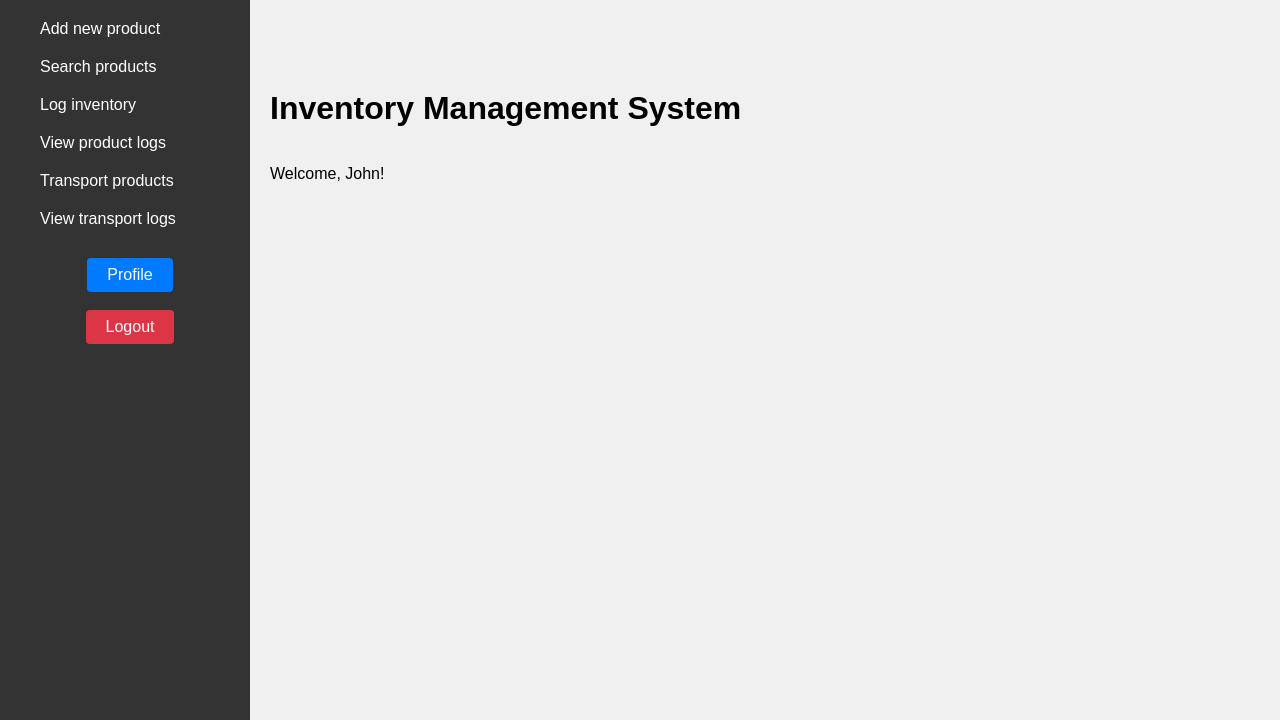
Repository: Warspinix/Flask-Web-Applications
Page: http://localhost/dashboard
The author's editor kept a copy of each file at every save. The page is drawn from the files as they stood at one save, then again after the next save.
The browser window is 1280 px wide. The pictures show the whole page.
The page is served by the project's application, run on Flask 3 (app.py). The session is filled in as if someone had signed in: {"user_id": 1, "first_name": "John"}.

Above is the page before, as saved 2024-06-13 22:13:09.

### templates/dashboard.html
<!-- dashboard.html -->

<!DOCTYPE html>
<html>

<head>
    <title>Inventory Management System</title>
    <link rel="stylesheet" type="text/css" href="{{ url_for('static', filename='style.css') }}">
</head>

<body>
    <div class="container">
        <!-- Navigation Bar -->
        <nav class="navbar" id="navbar">
            <div class="navbar-container">
                <!-- Functionality list -->
                <ul class="navbar-menu" id="menu">
                    <li><a href="{{ url_for('add_product') }}">Add new product</a></li>
                    <li><a href="{{ url_for('search_products') }}">Search products</a></li>
                    <li><a href="{{ url_for('log_inventory') }}">Log inventory</a></li>
                    <li><a href="{{ url_for('view_product_logs') }}">View product logs</a></li>
                    <li><a href="{{ url_for('transport_products') }}">Transport products</a></li>
                    <li><a href="{{ url_for('view_transport_logs') }}">View transport logs</a></li>
                </ul>

                <div class="profile-logout">
                    <a href="{{ url_for('profile') }}" class="btn btn-primary">Profile</a><br>
                    <a href="{{ url_for('logout') }}" class="btn btn-danger">Logout</a>
                </div>
            </div>
        </nav>
        <div class="content">
            <h1>Inventory Management System</h1>

            <!-- Welcome message -->
            <p>Welcome, {{ first_name }}!</p>
        </div>
    </div>
</body>

</html>

### app.py
from flask import Flask, render_template, redirect, url_for, flash, session
import flask_mysqldb
from flask_wtf import FlaskForm
from wtforms import StringField, PasswordField, SubmitField, IntegerField, SelectField
from wtforms.validators import DataRequired, NumberRange, Optional
import os
import datetime
from flask_bcrypt import Bcrypt

secret_key = os.urandom(24).hex()

app = Flask(__name__)
app.config["SECRET_KEY"] = secret_key
app.config["MYSQL_HOST"] = "localhost"
app.config["MYSQL_USER"] = "root"
app.config["MYSQL_PASSWORD"] = ""
app.config["MYSQL_DB"] = "inventory"

bcrypt = Bcrypt(app)

mysql = flask_mysqldb.MySQL(app)

class RegistrationForm(FlaskForm):
    email = StringField("Email", validators=[DataRequired()])
    first_name = StringField("First Name", validators=[DataRequired()])
    last_name = StringField("Last Name", validators=[DataRequired()])
    password = PasswordField("Password", validators=[DataRequired()])
    submit = SubmitField("Register")

class LoginForm(FlaskForm):
    user_id = StringField("User ID", validators=[DataRequired()])
    password = PasswordField("Password", validators=[DataRequired()])
    submit = SubmitField("Login")

class AddProductForm(FlaskForm):
    product_name = StringField("Product Name", validators=[DataRequired()])
    submit = SubmitField("Add Product")

class SearchForm(FlaskForm):
    search_by = StringField("Search by", validators=[DataRequired()])
    search_term = StringField("Search term", validators=[DataRequired()])
    submit = SubmitField("Search")

class AddToInventoryForm(FlaskForm):
    product_id = StringField("Product ID", validators=[DataRequired()])
    quantity_added = StringField("Quantity to add", validators=[DataRequired()])
    submit = SubmitField("Add to Inventory")

from flask_wtf import FlaskForm
from wtforms import SelectField, StringField, SubmitField
from wtforms.validators import DataRequired, Optional

class ViewProductLogsForm(FlaskForm):
    search_by = SelectField("Search by", choices=[
        ('', 'Select option'),
        ('id', 'Product ID'),
        ('month', 'Month'),
        ('both', 'Both')
    ], validators=[DataRequired()])
    product_id = StringField("Product ID", validators=[Optional()])
    month = SelectField("Select month", choices=[
        ('', 'Select month'),
        ('1', 'January'), ('2', 'February'), ('3', 'March'), ('4', 'April'),
        ('5', 'May'), ('6', 'June'), ('7', 'July'), ('8', 'August'),
        ('9', 'September'), ('10', 'October'), ('11', 'November'), ('12', 'December')
    ], validators=[Optional()])
    submit = SubmitField("View Logs")


class TransportForm(FlaskForm):
    product_id = IntegerField('Product ID', validators=[DataRequired(), NumberRange(min=1)])
    quantity_transported = IntegerField('Quantity to transport', validators=[DataRequired(), NumberRange(min=1)])
    submit = SubmitField('Transport')

class ViewTransportLogsForm(FlaskForm):
    search_by = SelectField("Search by", choices=[('', 'Select option'), ('id', 'Product ID'), ('month', 'Month'), ('both', 'Both')], validators=[DataRequired()])
    product_id = StringField("Product ID", validators=[Optional()])
    month = StringField("Select month", validators=[Optional()])
    submit = SubmitField("View Logs")


@app.route("/")
def index():
    return render_template("index.html")

@app.route("/register", methods=["GET", "POST"])
def register():
    form = RegistrationForm()
    if form.validate_on_submit():
        cur = mysql.connection.cursor()
        cur.execute("SELECT COUNT(*) FROM users")
        count = cur.fetchone()[0] + 1
        user_id = str(datetime.date.today().year) + str(count).zfill(3)
        registration_date = datetime.date.today()
        registration_time = datetime.datetime.now().time()
        hashed_password = bcrypt.generate_password_hash(form.password.data).decode('utf-8')
        cur.execute("INSERT INTO users (id, email, first_name, last_name, password, registration_date, registration_time) VALUES (%s, %s, %s, %s, %s, %s, %s)",
                    (user_id, form.email.data, form.first_name.data, form.last_name.data, hashed_password, registration_date, registration_time))
        mysql.connection.commit()
        # flash("Registration successful! You will be redirected to the home page in 3 seconds.")
        # return render_template("register_success.html")
        return redirect(url_for("index"))
    return render_template("register.html", form=form)

@app.route("/login", methods=["GET", "POST"])
def login():
    form = LoginForm()
    if form.validate_on_submit():
        cur = mysql.connection.cursor()
        print(form.user_id.data)
        print(form.password.data)
        cur.execute("SELECT password, first_name FROM users WHERE email = %s", (form.user_id.data,))
        result = cur.fetchone()
        print(result)
        if result:
            hashed_password = result[0]
            if bcrypt.check_password_hash(hashed_password, form.password.data):
                session['user_id'] = form.user_id.data
                session['first_name'] = result[1]  # Store first name in session
                return redirect(url_for("dashboard"))
            else:
                flash("Invalid user ID or password")
        else:
            flash("Invalid user ID or password")
    return render_template("login.html", form=form)

@app.route("/logout")
def logout():
    session.pop('user_id', None)
    session.pop('first_name', None)
    return redirect(url_for("index"))

@app.route("/dashboard")
def dashboard():
    if 'user_id' not in session:
        return redirect(url_for("login"))
    return render_template("dashboard.html", user_id=session['user_id'], first_name=session['first_name'])

@app.route("/profile")
def profile():
    if 'user_id' not in session:
        return redirect(url_for("login"))
    cur = mysql.connection.cursor()
    cur.execute("SELECT email, first_name, last_name, registration_date FROM users WHERE id = %s", (session['user_id'],))
    result = cur.fetchone()
    if result:
        return render_template("profile.html", email=result[0], first_name=result[1], last_name=result[2], registration_date=result[3])
    else:
        flash("User not found")
        return redirect(url_for("dashboard"))

@app.route("/add_product", methods=["GET", "POST"])
def add_product():
    if 'user_id' not in session:
        return redirect(url_for("login"))
    form = AddProductForm()
    if form.validate_on_submit():
        cur = mysql.connection.cursor()
        cur.execute("INSERT INTO products (name, quantity) VALUES (%s, %s)",
                    (form.product_name.data, 0))
        mysql.connection.commit()
        cur.execute("SELECT id FROM products ORDER BY id DESC LIMIT 1")
        product_id = cur.fetchone()[0]
        flash("Product added successfully! Product ID is " + str(product_id))
    return render_template("add_product.html", form=form, user_id=session['user_id'], first_name=session['first_name'])

@app.route("/search_products", methods=["GET", "POST"])
def search_products():
    if 'user_id' not in session:
        return redirect(url_for("login"))
    form = SearchForm()
    if form.validate_on_submit():
        cur = mysql.connection.cursor()
        if form.search_by.data == "id":
            cur.execute("SELECT * FROM products WHERE id = %s", (form.search_term.data,))
        else:
            cur.execute("SELECT * FROM products WHERE name LIKE %s", ("%" + form.search_term.data + "%",))
        products = cur.fetchall()
        return render_template("search_products.html", form=form, products=products, user_id=session['user_id'], first_name=session['first_name'])
    return render_template("search_products.html", form=form, user_id=session['user_id'], first_name=session['first_name'])

@app.route("/log_inventory", methods=["GET", "POST"])
def log_inventory():
    if 'user_id' not in session:
        return redirect(url_for("login"))
    form = AddToInventoryForm()
    if form.validate_on_submit():
        cur = mysql.connection.cursor()
        cur.execute("SELECT quantity FROM products WHERE id = %s", (form.product_id.data,))
        result = cur.fetchone()
        if result:
            new_quantity = result[0] + int(form.quantity_added.data)
            cur.execute("UPDATE products SET quantity = %s WHERE id = %s", (new_quantity, form.product_id.data))
            mysql.connection.commit()
            cur.execute("INSERT INTO products_log (product_id, quantity_added, log_date, log_time, user_id) VALUES (%s, %s, %s, %s, %s)",
                        (form.product_id.data, form.quantity_added.data, datetime.date.today(), datetime.datetime.now().time(), session['user_id']))
            mysql.connection.commit()
            flash("Inventory updated successfully!")
        else:
            flash("Product not found")
    return render_template("log_inventory.html", form=form, user_id=session['user_id'], first_name=session['first_name'])

@app.route("/view_product_logs", methods=["GET", "POST"])
def view_product_logs():
    if 'user_id' not in session:
        return redirect(url_for("login"))

    form = ViewProductLogsForm()
    product_logs = None

    if form.validate_on_submit():
        search_by = form.search_by.data
        product_id = form.product_id.data
        month = form.month.data

        query = """SELECT pl.product_id, p.name, pl.quantity_added, pl.log_date, pl.log_time,
                          CONCAT(u.first_name, ' ', u.last_name) AS full_name
                   FROM products_log pl
                   JOIN products p ON pl.product_id = p.id
                   JOIN users u ON pl.user_id = u.id"""
        conditions = []
        params = []

        if search_by == 'id':
            conditions.append("pl.product_id = %s")
            params.append(product_id)
        elif search_by == 'month':
            conditions.append("MONTH(pl.log_date) = %s")
            params.append(month)
        elif search_by == 'both':
            conditions.append("pl.product_id = %s AND MONTH(pl.log_date) = %s")
            params.append(product_id)
            params.append(month)

        if conditions:
            query += " WHERE " + " AND ".join(conditions)

        cur = mysql.connection.cursor()
        cur.execute(query, tuple(params))
        product_logs = cur.fetchall()

    return render_template("view_product_logs.html", form=form, product_logs=product_logs, user_id=session['user_id'], first_name=session['first_name'])

@app.route("/transport_products", methods=["GET", "POST"])
def transport_products():
    if 'user_id' not in session:
        return redirect(url_for("login"))
    form = TransportForm()
    if form.validate_on_submit():
        cur = mysql.connection.cursor()
        cur.execute("SELECT quantity FROM products WHERE id = %s", (form.product_id.data,))
        result = cur.fetchone()
        if result:
            current_quantity = result[0]
            if current_quantity >= form.quantity_transported.data:
                new_quantity = current_quantity - form.quantity_transported.data
                cur.execute("UPDATE products SET quantity = %s WHERE id = %s", (new_quantity, form.product_id.data))
                mysql.connection.commit()
                cur.execute("INSERT INTO transports_log (product_id, user_id, quantity_transported, log_date, log_time) VALUES (%s, %s, %s, %s, %s)",
                            (form.product_id.data, session['user_id'], form.quantity_transported.data, datetime.date.today(), datetime.datetime.now().time()))
                mysql.connection.commit()
                flash("Product transported successfully!")
            else:
                flash("Not enough quantity in stock")
        else:
            flash("Product not found")
    return render_template("transport_products.html", form=form, user_id=session['user_id'], first_name=session['first_name'])

@app.route("/view_transport_logs", methods=["GET", "POST"])
def view_transport_logs():
    if 'user_id' not in session:
        return redirect(url_for("login"))
    form = ViewTransportLogsForm()
    transport_logs = None
    if form.validate_on_submit():
        search_by = form.search_by.data
        product_id = form.product_id.data
        month = form.month.data

        query = """SELECT tl.id, tl.product_id, p.name, tl.quantity_transported, tl.log_date, tl.log_time,
                          CONCAT(u.first_name, ' ', u.last_name) AS full_name
                   FROM transports_log tl
                   JOIN products p ON tl.product_id = p.id
                   JOIN users u ON tl.user_id = u.id"""
        params = []

        if search_by == 'id':
            query += " WHERE tl.product_id = %s"
            params.append(product_id)
        elif search_by == 'month':
            query += " WHERE MONTH(tl.log_date) = %s"
            params.append(month)
        elif search_by == 'both':
            query += " WHERE tl.product_id = %s AND MONTH(tl.log_date) = %s"
            params.append(product_id)
            params.append(month)

        cur = mysql.connection.cursor()
        cur.execute(query, tuple(params))
        transport_logs = cur.fetchall()

    return render_template("view_transport_logs.html", form=form, transport_logs=transport_logs, user_id=session['user_id'], first_name=session['first_name'])

if __name__ == "__main__":
    app.run(debug=True)

### static/style.css
/* Reset default styles */
* {
    margin: 0;
    padding: 0;
    box-sizing: border-box;
}

body {
    font-family: Arial, sans-serif;
    background-color: #f0f0f0;
    display: flex;
    flex-direction: column;
    min-height: 100vh;
}

h1 {
    padding-bottom: 1.2em;
}

/* Navigation Bar styles */
.navbar {
    background-color: #333;
    color: #fff;
    padding: 10px 20px;
    position: fixed;
    width: 250px; /* Set the width */
    height: 100%;
    top: 0;
    left: 0;
    z-index: 1000;
    transition: all 0.3s ease;
}

.navbar-container {
    display: flex;
    flex-direction: column;
    height: 100%;
}

.navbar-header {
    display: flex;
    align-items: center;
    justify-content: space-between; /* Adjust spacing */
    margin-bottom: 20px; /* Adjust spacing */
}

.navbar-brand {
    color: #fff;
    text-decoration: none;
    font-size: 1.5rem;
    margin-left: 10px;
}

.navbar-menu {
    list-style-type: none;
    display: flex;
    flex-direction: column;
    margin-top: 0; /* Push menu items to the bottom */
}

.navbar-menu li {
    margin-right: 0; /* Remove margin */
}

.navbar-menu li a {
    color: #fff;
    text-decoration: none;
}

.navbar-menu li {
    padding: 10px 20px;
    transition: color 0.3s ease;
}

.navbar-menu li:hover {
    background-color: #007bff;
}

/* Profile and logout buttons */
.profile-logout {
    display: flex;
    flex-direction: column;
    align-items: center;
    height: 20svh;
    margin-top: auto; /* Push to the bottom */
    margin-bottom: 20px; /* Adjust spacing */
}

.profile-logout a {
    color: #fff;
    text-decoration: none;
    padding: 8px 20px;
    border-radius: 4px;
    transition: background-color 0.3s ease;
}

.profile-logout a.btn-primary {
    background-color: #007bff;
}

.profile-logout a.btn-danger {
    background-color: #dc3545;
}

.profile-logout a.btn:hover {
    background-color: #0056b3;
}

/* Menu toggle button */
.menu-toggle {
    background: none;
    border: none;
    cursor: pointer;
    display: none;
    padding: 5px;
    position: absolute;
    top: 10px;
    right: 10px;
    z-index: 1500;
}

.menu-toggle span {
    background-color: #fff;
    display: block;
    height: 2px;
    margin-bottom: 4px;
    transition: transform 0.2s ease, background-color 0.2s ease;
    width: 20px;
}

.menu-toggle span:nth-child(1) {
    transform: translateY(6px) rotate(45deg);
}

.menu-toggle span:nth-child(2) {
    opacity: 0;
}

.menu-toggle span:nth-child(3) {
    transform: translateY(-6px) rotate(-45deg);
}

@media screen and (max-width: 768px) {
    .navbar {
        width: 250px;
        transform: translateX(-100%);
        transition: transform 0.3s ease;
    }

    .navbar.active {
        transform: translateX(0);
    }

    .navbar-container {
        flex-direction: row;
    }

    .navbar-header {
        margin-bottom: 20px; /* Adjust spacing */
        width: 100%;
        display: flex;
        justify-content: space-between;
    }

    .navbar-brand {
        margin-bottom: 0; /* Adjust spacing */
    }

    .navbar-menu {
        flex-direction: column;
        margin-top: 0;
        width: 100%;
    }

    .navbar-menu.active {
        flex-direction: column;
    }

    .menu-toggle {
        display: block;
    }

    .profile-logout {
        flex-direction: row;
        justify-content: space-between;
    }

    .profile-logout a {
        margin-left: 10px;
        margin-bottom: 0;
    }
}

/* Side Navigation for small screens */
.side-nav {
    position: fixed;
    top: 0;
    left: -250px;
    width: 250px;
    height: 100%;
    background-color: #333;
    transition: all 0.3s ease;
    z-index: 1200;
}

.side-nav.active {
    left: 0;
}

.side-nav ul {
    list-style-type: none;
    padding: 0;
    margin: 20px 0;
}

.side-nav ul li {
    padding: 10px;
    border-bottom: 1px solid #666;
}

.side-nav ul li a {
    color: #fff;
    text-decoration: none;
    display: block;
    transition: all 0.3s ease;
}

.side-nav ul li a:hover {
    background-color: #007bff;
}

/* Content area */
.content {
    margin-left: 250px; /* Width of the side nav */
    margin-top: 70px;
    padding: 20px;
    flex: 1;
}

/* Form styles */
form {
    background-color: #fff;
    padding: 20px;
    border-radius: 8px;
    box-shadow: 0 4px 6px rgba(0, 0, 0, 0.1);
}

form label {
    font-weight: bold;
}

form input[type="number"],
form select {
    padding: 8px;
    margin-top: 5px;
    width: 100%;
    border: 1px solid #ccc;
    border-radius: 4px;
}

form input[type="submit"] {
    background-color: #007bff;
    color: #fff;
    border: none;
    padding: 10px 20px;
    cursor: pointer;
    margin-top: 10px;
    border-radius: 4px;
    transition: background-color 0.3s ease;
}

form input[type="submit"]:hover {
    background-color: #0056b3;
}

/* Table styles */
table {
    width: 100%;
    margin-top: 20px;
    border-collapse: collapse;
    border-radius: 8px;
    overflow: hidden;
    box-shadow: 0 4px 6px rgba(0, 0, 0, 0.1);
}

table th, table td {
    padding: 12px 15px;
    text-align: left;
    border-bottom: 1px solid #ddd;
}

table th {
    background-color: #007bff;
    color: #fff;
}

/* Profile and logout buttons */
.profile-logout {
    text-align: right;
    margin-top: 20px;
}

.profile-logout a {
    margin-left: 10px;
}

.profile-logout a.btn {
    color: #fff;
    text-decoration: none;
    padding: 8px 20px;
    border-radius: 4px;
    transition: background-color 0.3s ease;
}

.profile-logout a.btn.btn-primary {
    background-color: #007bff;
}

.profile-logout a.btn.btn-danger {
    background-color: #dc3545;
}

.profile-logout a.btn:hover {
    background-color: #0056b3;
}

After the next save:
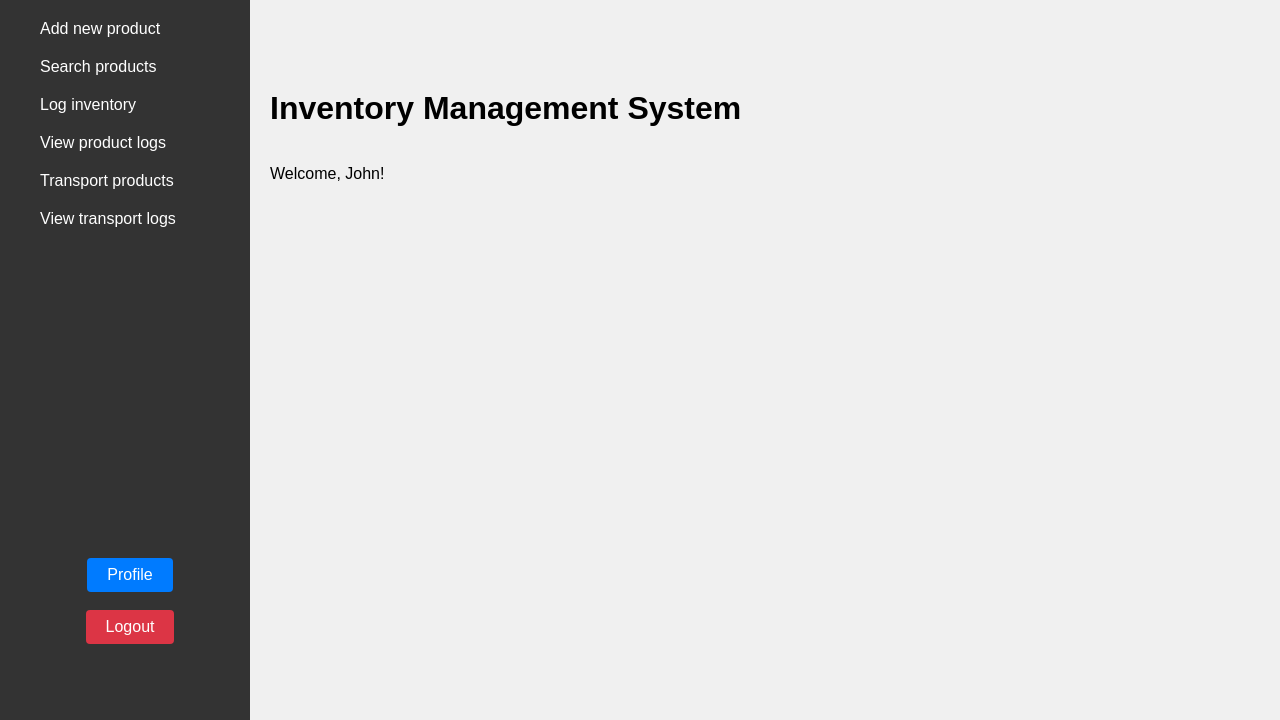
Saved 42 s later.
--- a/static/style.css
+++ b/static/style.css
@@ -54,6 +54,7 @@ h1 {
 .navbar-menu {
     list-style-type: none;
     display: flex;
+    height: 80svh;
     flex-direction: column;
     margin-top: 0; /* Push menu items to the bottom */
 }
